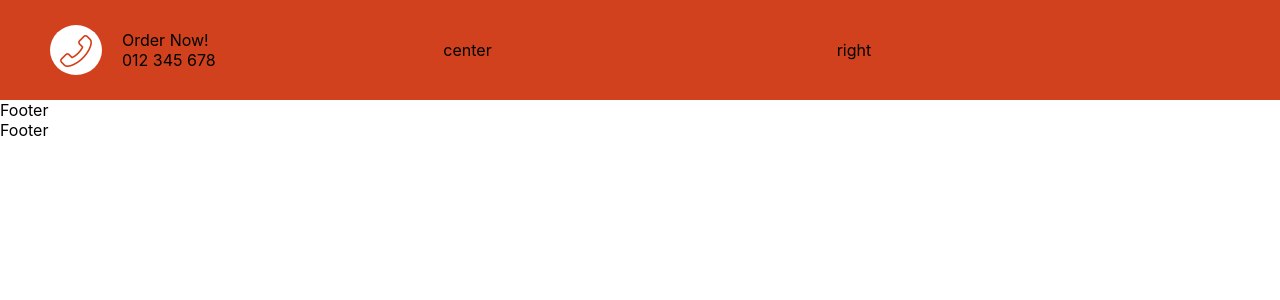
Repository: exiled-kal/RestuarantNextJS
Page: /components/Layout
The author's editor kept a copy of each file at every save. The page is drawn from the files as they stood at one save, then again after a run of saves.
The browser window is 1280 px wide. The pictures show the whole page.
The project was rebuilt for these pictures with package versions that can differ from the ones it lists, and the page was loaded fresh each time. The framework's server and built-in components were replaced by stand-ins that run in the browser. Also part of the build but not shown: next.config.js.

Above is the page before, as saved 2021-12-14 12:45:54.

### pages/components/Footer.jsx
const Footer = () => {
    return (
        <div>
            Footer
        </div>
    )
}

export default Footer

### pages/components/Navbar.jsx
const Navbar = () => {
    return (
        <div>

        </div>
    )
}

export default Navbar

### components/Footer.jsx
const Footer = () => {
    return (
        <div>
            Footer
        </div>
    )
}

export default Footer

### components/Navbar.jsx
import Image from "next/image";
import styles from "../styles/Navbar.module.css";

const Navbar = () => {
  return (
    <div className={styles.container}>
      <div className={styles.item}>
        <div className={styles.callButton}>
          <Image src="/img/telephone.png" alt="" width="32" height="32" />
        </div>
        <div className={styles.texts}>
          <div className={styles.text}>Order Now!</div>
          <div className={styles.text}>012 345 678</div>
        </div>
      </div>

      <div className={styles.item}>center</div>
      <div className={styles.item}>right</div>
    </div>
  );
};

export default Navbar;

### styles/Navbar.module.css
.container {
  height: 100px;
  padding: 0px 50px;
  background-color: #d1411e;
  display: flex;
  align-items: center;
  justify-content: space-between;
  position: sticky;
  top: 0px;
}

.item {
  flex: 1;
  display: flex;
  align-items: center;
}

.items:nth-child(2) {
  flex: 3;
}

.callButton {
  background-color: white;
  border-radius: 50%;
  padding: 10px;
  height: 50px;
}

.texts {
  margin-left: 20px;;
}

Loaded but not shown: pages/_app.js (common file); pages/components/Layout.js (common file); components/Layout.js (common file); styles/globals.css (common file)

After the next 2 saves:
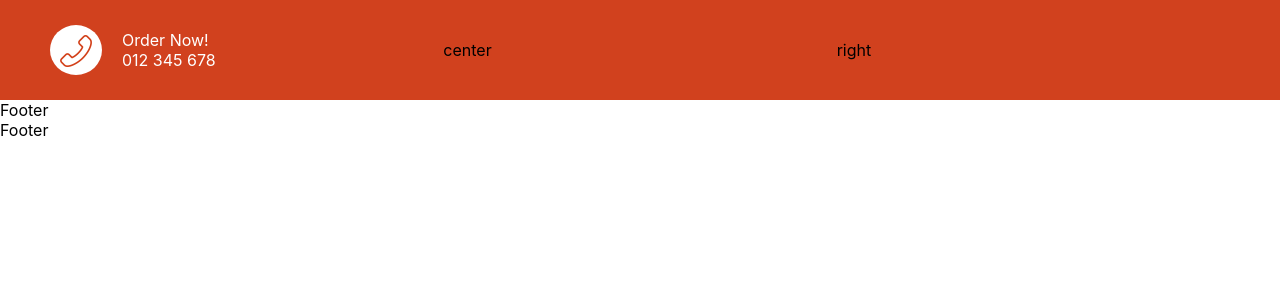
The 2 saves are shown as one change because they came seconds apart.
The last was saved 7 s later.
--- a/styles/Navbar.module.css
+++ b/styles/Navbar.module.css
@@ -27,5 +27,7 @@
 }
 
 .texts {
-  margin-left: 20px;;
+  margin-left: 20px;
+  color: white;
+
 }
